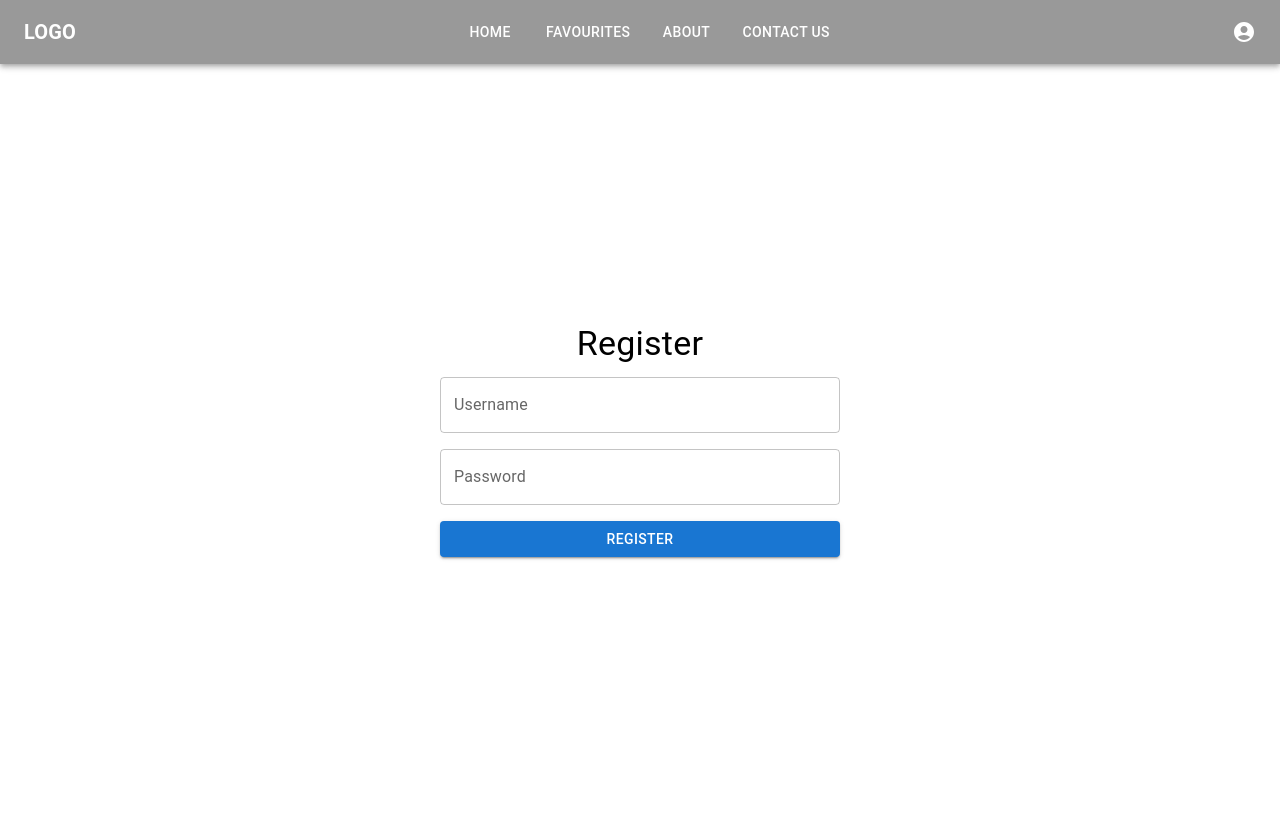
Repository: sphllzulu/TemperatureTrail
Page: /register (app in frontend/)
The author's editor kept a copy of each file at every save. The page is drawn from the files as they stood at one save, then again after the next save.
The browser window is 1280 px wide. The pictures show the whole page.
The project was rebuilt for these pictures with package versions that can differ from the ones it lists, and the page was loaded fresh each time. Also part of the build but not shown: frontend/vite.config.js, frontend/src/components/SuggestedActivities.jsx, frontend/src/components/Map.jsx, frontend/src/components/Weather.jsx, frontend/src/pages/Home.jsx, frontend/src/pages/Profile.jsx, frontend/src/components/Login.jsx.

Above is the page before, as saved 2025-01-15 15:51:34.

After the next save:
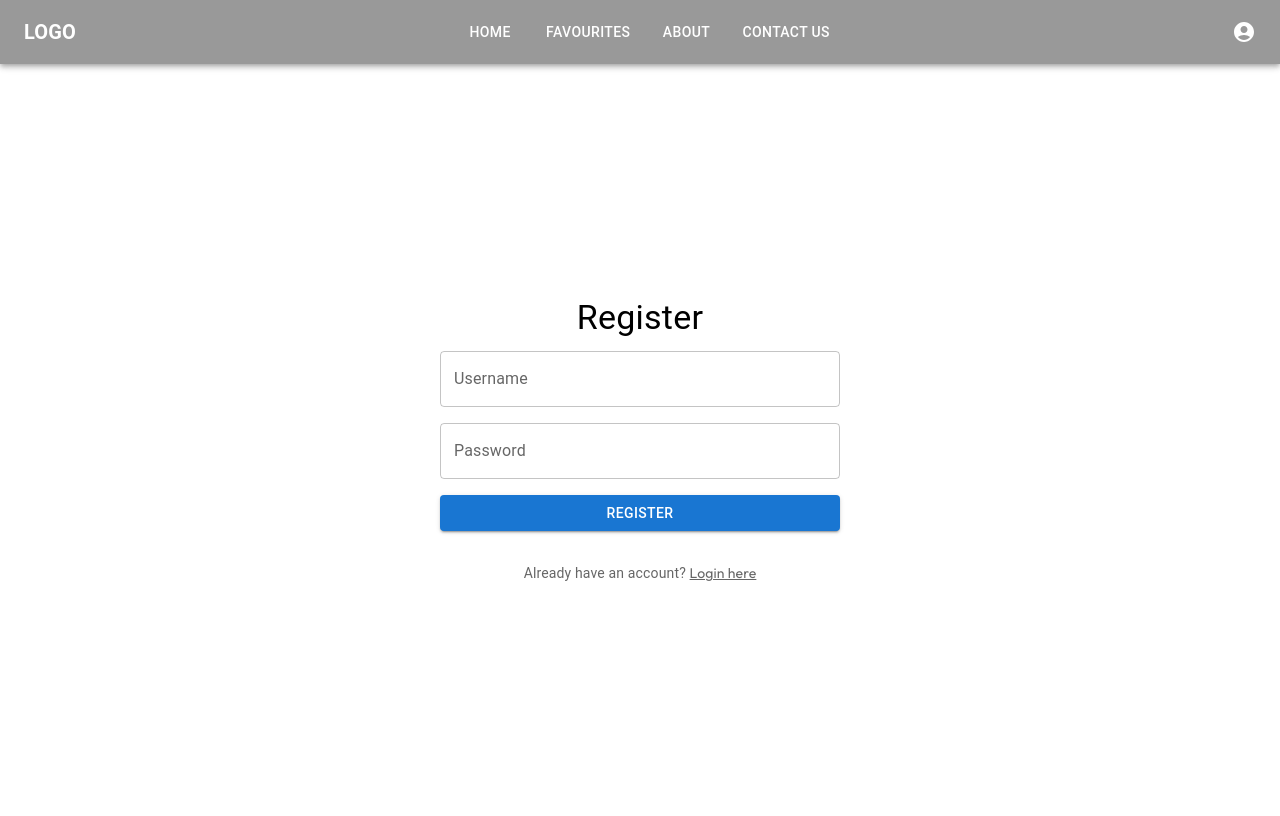
Saved 104 s later.
--- a/frontend/src/components/Register.jsx
+++ b/frontend/src/components/Register.jsx
@@ -47,7 +47,7 @@
 // };
 
 import { useState } from 'react';
-import { useNavigate } from 'react-router-dom';
+import { useNavigate, Link } from 'react-router-dom';
 import axios from 'axios';
 import { TextField, Button, Box, Typography, Alert } from '@mui/material';
 
@@ -66,7 +66,6 @@ export const Register = () => {
         { withCredentials: true }
       );
       console.log('Registered:', response.data);
-      // Navigate to login page after successful registration
       navigate('/login');
     } catch (error) {
       console.error('Registration error:', error);
@@ -112,9 +111,18 @@ export const Register = () => {
         <Button variant="contained" onClick={handleRegister}>
           Register
         </Button>
+        <Box sx={{ textAlign: 'center', mt: 2 }}>
+          <Typography variant="body2" color="text.secondary">
+            Already have an account?{' '}
+            <Link to="/login" style={{ color: 'inherit', textDecoration: 'underline' }}>
+              Login here
+            </Link>
+          </Typography>
+        </Box>
       </Box>
     </Box>
   );
 };
 
+
 export default Register;
